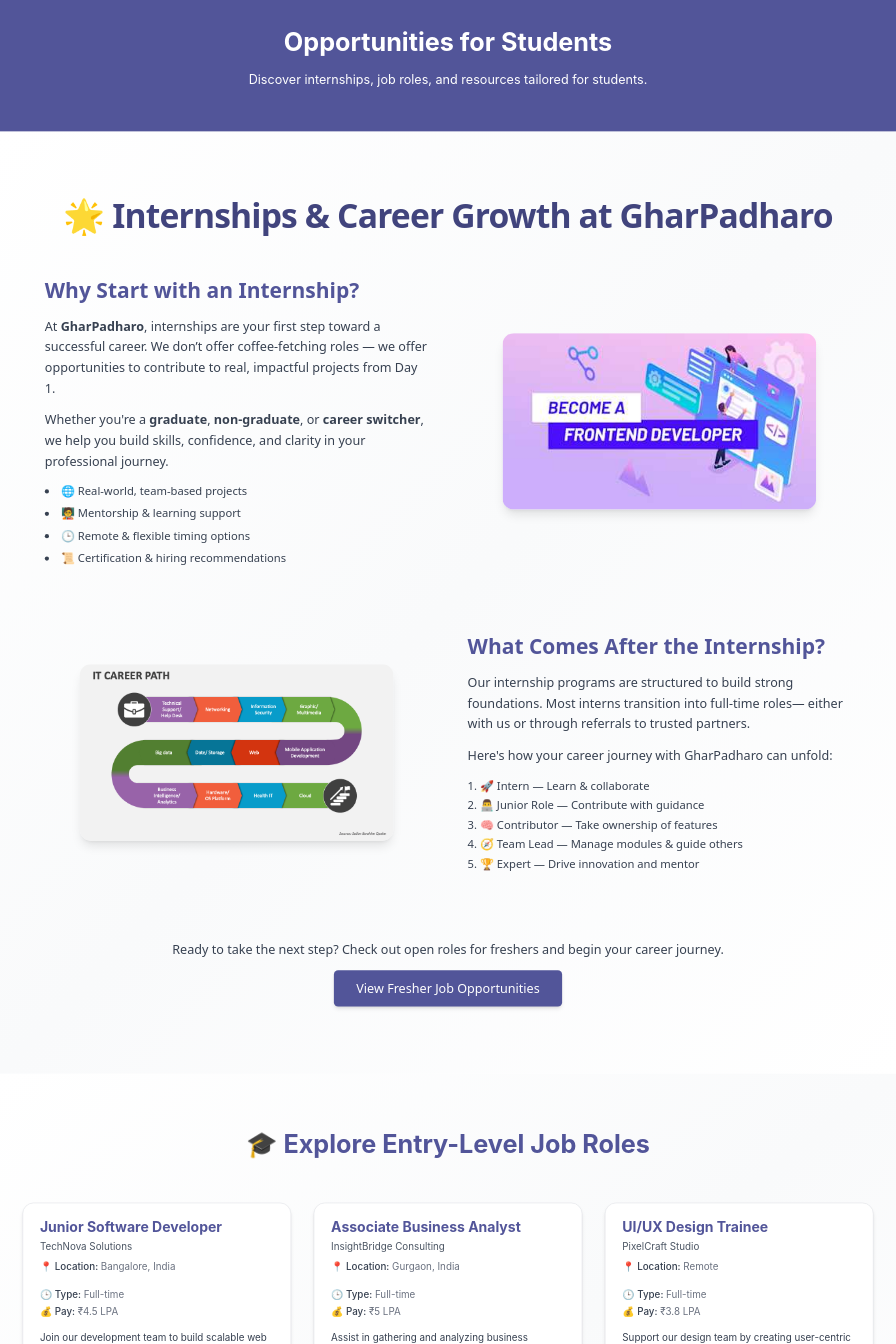
Repository: Siddharthkothiyal/GharPadhaaroCareerWebsite
Page: /#/students
These files come from the project's save history. The page is drawn as it stood at one moment and after the next save; the edit follows.
The browser window is 1280 px wide. The pictures show the part of the page from y = 0 to 1920 px (the page is 7099 px tall), at 70% of full size.
The project was rebuilt for these pictures with package versions that can differ from the ones it lists, and the page was loaded fresh each time. Also part of the build but not shown: src/components/CareerPortal/JobListing/JobListings.css, src/components/CareerPortal/JobListing/JobListings.js, src/components/CareerPortal/Header.css, src/components/CareerPortal/ResumeUpload.css, src/components/CareerPortal/ResumeUpload.js, src/components/CareerPortal/Header.js, src/components/CareerPortal/JobListing/JobSearch.css, src/components/CareerPortal/JobListing/JobSearch.js and 10 more.

Above is the page before, as saved 2025-06-22 10:49:49.

### public/index.html
<!DOCTYPE html>
<html lang="en">

<head>
  <meta charset="utf-8" />
  <link rel="icon" href="%PUBLIC_URL%/favicon.ico" />
  <meta name="viewport" content="width=device-width, initial-scale=1" />
  <meta name="theme-color" content="#000000" />
  <meta name="description" content="GharPadharo - Find your perfect stay" />

  <!-- Font Awesome CDN (latest) -->
  <link rel="stylesheet" href="https://cdnjs.cloudflare.com/ajax/libs/font-awesome/6.5.2/css/all.min.css"
    integrity="sha512-SnH5WK+bZxgPHs44uWIX+LLJAJ9/2PkPKZ5QiAj6Ta86w+fsb2TkcmfRyVX3pBnMFcV7oQPJkl9QevSCWr3W6A=="
    crossorigin="anonymous" referrerpolicy="no-referrer" />

  <link rel="apple-touch-icon" href="%PUBLIC_URL%/logo192.png" />
  <title>GharPadharo</title>
</head>

<body>
  <noscript>You need to enable JavaScript to run this app.</noscript>
  <div id="root"></div>
  <!--
      This HTML file is a template.
      If you open it directly in the browser, you will see an empty page.

      You can add webfonts, meta tags, or analytics to this file.
      The build step will place the bundled scripts into the <body> tag.

      To begin the development, run `npm start` or `yarn start`.
      To create a production bundle, use `npm run build` or `yarn build`.
    -->
</body>

</html>

### src/index.css
@tailwind base;
@tailwind components;
@tailwind utilities;

/* You can keep your custom CSS below if needed */

body {
  margin: 0;
  font-family: -apple-system, BlinkMacSystemFont, 'Segoe UI', 'Roboto', 'Oxygen',
    'Ubuntu', 'Cantarell', 'Fira Sans', 'Droid Sans', 'Helvetica Neue',
    sans-serif;
  -webkit-font-smoothing: antialiased;
  -moz-osx-font-smoothing: grayscale;
}

code {
  font-family: source-code-pro, Menlo, Monaco, Consolas, 'Courier New',
    monospace;
}

### src/App.js
import React from 'react';
// import { HashRouter as Router } from 'react-router-dom';

// import { BrowserRouter as Router, Routes, Route } from 'react-router-dom';
import { HashRouter as Router, Routes, Route } from 'react-router-dom';
import JobListings from './components/CareerPortal/JobListing/JobListings';

import './App.css';
import CareerPortal from './components/CareerPortal';
import Login from './components/Auth/Login';
import Signup from './components/Auth/Signup';
import LandingPage from './components/LandingPage/LandingPage';



import StudentsPage from './components/CareerPortal/StudentsPage/StudentsPage';

// import JobCategory from './components/CareerPortal/JobListing/JobCategory';
// import JobLocation from './components/CareerPortal/JobListing/JobLocation';



function App() {
  return (
    <Router>
      <div className="App">


        <Routes>
          <Route path="/" element={<LandingPage />} />
          <Route path="/careers" element={<CareerPortal />} />
          <Route path="/login" element={<Login />} />
          <Route path="/signup" element={<Signup />} />

          {/* <Route path="/jobs/:category" element={<JobCategory />} />
          <Route path="/jobs/location/:location" element={<JobLocation />} /> */}
          <Route path="/students" element={<StudentsPage />} />
          <Route path="/job-listings" element={<JobListings />} />




        </Routes>
      </div>
    </Router>
  );
}

export default App;

### src/components/CareerPortal/CareerPortal.css
/* GharPadharo Career Portal Styles */
:root {
  --gharpadhaaro-blue: #0866ff;
  --gharpadhaaro-blue-dark: #0756d6;
  --gharpadhaaro-gray: #f0f2f5;
  --gharpadhaaro-text: #1c1e21;
  --gharpadhaaro-text-secondary: #65676b;
  --gharpadhaaro-white: #ffffff;
  --gharpadhaaro-border: #dadde1;
  --gharpadhaaro-success: #42b72a;
  --gharpadhaaro-error: #fa383e;
  --gharpadhaaro-shadow: rgba(0, 0, 0, 0.1);
  --gharpadhaaro-radius: 8px;
  --gharpadhaaro-transition: all 0.2s ease;
}

/* Global Styles */
.career-portal {
  font-family: 'Optimistic Display', -apple-system, BlinkMacSystemFont, 'Segoe UI', Roboto, Oxygen, Ubuntu, Cantarell, 'Open Sans', 'Helvetica Neue', sans-serif;
  color: var(--gharpadhaaro-text);
  line-height: 1.5;
  background-color: var(--gharpadhaaro-white);
}

.container {
  max-width: 1200px;
  margin: 0 auto;
  padding: 0 24px;
}

/* Hero Section */
.hero-section {
  background: linear-gradient(135deg, #0866ff 0%, #535699 100%);
  color: var(--meta-white);
  padding: 100px 0;
  text-align: center;
}

.hero-content {
  max-width: 800px;
  margin: 0 auto;
  padding: 0 24px;
}

.hero-content h1 {
  font-size: 48px;
  font-weight: 700;
  margin-bottom: 24px;
  line-height: 1.2;
}

.hero-content p {
  color: black;
  font-size: 20px;
  margin-bottom: 40px;
  margin-left: 70px;

}

/* Job Search Section */
.job-search-section {
  padding: 60px 0;
  background-color: var(--meta-white);
}

.filters-and-results {
  display: grid;
  grid-template-columns: 300px 1fr;
  gap: 30px;
}

/* Featured Teams Section */
.featured-teams-section {
  padding: 80px 0;
  background-color: var(--meta-gray);
}

.featured-teams-section h2 {
  font-size: 36px;
  font-weight: 700;
  margin-bottom: 16px;
  text-align: center;
}

.featured-teams-section p {
  font-size: 18px;
  color: var(--meta-text-secondary);
  max-width: 700px;
  margin: 0 auto 40px;
  text-align: center;
}

/* Buttons */
.btn {
  display: inline-flex;
  align-items: center;
  justify-content: center;
  padding: 12px 24px;
  border-radius: 0px;
  font-weight: 600;
  font-size: 16px;
  cursor: pointer;
  transition: var(--meta-transition);
  border: none;
}

.btn-primary {
  background-color: var(--meta-blue);
  color: var(--meta-white);
}

.btn-primary:hover {
  background-color: var(--meta-blue-dark);
}

.btn-secondary {
  background-color: var(--meta-gray);
  color: var(--meta-text);
  margin-left: 50px;
}

.btn-secondary:hover {
  background-color: #e4e6eb;
}

/* Form Elements */
.input-group {
  position: relative;
  margin-bottom: 16px;
}

.input-field {
  width: 100%;
  padding: 14px 16px;
  border-radius: var(--meta-radius);
  border: 1px solid var(--meta-border);
  font-size: 16px;
  transition: var(--meta-transition);
}

.input-field:focus {
  border-color: var(--meta-blue);
  outline: none;
  box-shadow: 0 0 0 2px rgba(8, 102, 255, 0.2);
}

/* Responsive */
@media (max-width: 992px) {
  .filters-and-results {
    grid-template-columns: 1fr;
  }

  .hero-content h1 {
    font-size: 36px;
  }

  .hero-content p {
    font-size: 18px;
  }
}

@media (max-width: 576px) {
  .hero-content h1 {
    font-size: 28px;
  }

  .hero-content p {
    font-size: 16px;
  }

  .featured-teams-section h2 {
    font-size: 28px;
  }
}

/* Add these styles to your existing CareerPortal.css file */

.application-form-section {
  padding: 40px 0;
  background-color: #f5f5f5;
}

.close-form-btn {
  background: none;
  border: none;
  font-size: 24px;
  cursor: pointer;
  margin-bottom: 20px;
  display: flex;
  align-items: center;
  color: #333;
}

.close-form-btn:hover {
  color: #535699;
}

### src/components/Auth/Auth.css
/* Auth.css - Styles for Login and Signup components */

:root {
  --primary-color: #535699; /* GharPadharo blue */
  --secondary-color: #42B72A; /* GharPadharo green */
  --text-color: #1C1E21;
  --light-text: #606770;
  --error-color: #FA383E;
  --border-color: #DADDE1;
  --background-color: #F0F2F5;
  --card-background: #FFFFFF;
  --hover-color: #E7F3FF;
  --focus-shadow: 0 0 0 2px rgba(83, 86, 153, 0.2);
}

/* Auth Container */
.auth-container {
  display: flex;
  justify-content: center;
  align-items: center;
  min-height: 100vh;
  background-color: var(--background-color);
  padding: 20px;
}

/* Auth Card */
.auth-card {
  background-color: var(--card-background);
  border-radius: 8px;
  box-shadow: 0 2px 4px rgba(0, 0, 0, 0.1), 0 8px 16px rgba(0, 0, 0, 0.1);
  width: 100%;
  max-width: 400px;
  padding: 20px;
}

/* Auth Header */
.auth-header {
  text-align: center;
  margin-bottom: 20px;
}

.auth-logo {
  width: 40px;
  height: 40px;
  margin-bottom: 10px;
}

.auth-header h2 {
  font-size: 24px;
  font-weight: 600;
  color: var(--text-color);
  margin: 0;
}

.gharpadharo-logo{
  width: 60px;
  height: 60px;
}

/* Auth Form */
.auth-form {
  display: flex;
  flex-direction: column;
  gap: 16px;
}

.form-group {
  display: flex;
  flex-direction: column;
}

.form-group label {
  font-size: 14px;
  font-weight: 500;
  margin-bottom: 6px;
  color: var(--text-color);
}

.form-group input {
  padding: 12px 14px;
  border: 1px solid var(--border-color);
  border-radius: 6px;
  font-size: 16px;
  transition: border-color 0.2s, box-shadow 0.2s;
}

.form-group input:focus {
  outline: none;
  border-color: #535699;
  box-shadow: var(--focus-shadow);
}

.form-group input.error {
  border-color: var(--error-color);
}

.error-message {
  color: var(--error-color);
  font-size: 12px;
  margin-top: 4px;
}

/* Terms and Privacy */
.terms-privacy {
  font-size: 12px;
  color: 535699;
  margin-bottom: 10px;
  text-align: center;
}

.terms-privacy a {
  color: 535699;
  text-decoration: none;
}

.terms-privacy a:hover {
  text-decoration: underline;
}

/* Auth Button */
.auth-button {
  background-color: #535699;
  color: white;
  border: none;
  border-radius: 6px;
  padding: 12px;
  font-size: 16px;
  font-weight: 600;
  cursor: pointer;
  transition: background-color 0.2s;
  margin-top: 10px;
}

.auth-button:hover {
  background-color: #535699;
}

/* Auth Footer */
.auth-footer {
  margin-top: 20px;
  text-align: center;
}

.forgot-password {
  color: #535699;
  text-decoration: none;
  font-size: 14px;
  display: block;
  margin-bottom: 16px;
}

.forgot-password:hover {
  text-decoration: underline;
}

.auth-redirect {
  font-size: 14px;
  color: var(--light-text);
  margin: 0;
}

.auth-redirect a {
  color: #535699;
  text-decoration: none;
  font-weight: 500;
}

.auth-redirect a:hover {
  text-decoration: underline;
}

/* Responsive adjustments */
@media (max-width: 480px) {
  .auth-card {
    padding: 16px;
  }

  .auth-header h2 {
    font-size: 20px;
  }

  .form-group input {
    padding: 10px 12px;
    font-size: 14px;
  }

  .auth-button {
    padding: 10px;
    font-size: 14px;
  }
}

### src/components/LandingPage/LandingPage.css
/* LandingPage.css - Styles for the landing page */

:root {
  --primary-color: #535699; /* GharPadharo blue */
  --secondary-color: #42B72A; /* GharPadharo green */
  --text-color: #1C1E21;
  --light-text: #606770;
  --border-color: #DADDE1;
  --background-color: #F0F2F5;
  --card-background: #FFFFFF;
  --hover-color: #c8e4ff;
  --focus-shadow: 0 0 0 2px rgba(24, 119, 242, 0.2);
  --border-color: #blue;
  --background-color: #535699;
  --card-background: white;
  --hover-color: #E7F3FF;
  --focus-shadow: 0 0 0 2px rgba(83, 86, 153, 0.2);
}
/* General Styles */
.landing-page {
  font-family: 'Segoe UI', 'Helvetica Neue', sans-serif;
  color: var(--text-color);
  line-height: 1.5;
}

.container {
  max-width: 1200px;
  margin: 0 auto;
  padding: 0 20px;
}

section {
  padding: 60px 0;
}

h1, h2, h3, h4 {
  margin-top: 0;
  font-weight: 600;
}

h1 {
  font-size: 3rem;
  line-height: 1.2;
  margin-bottom: 20px;
}

h2 {
  font-size: 2.25rem;
  margin-bottom: 30px;
  text-align: center;
}

h3 {
  font-size: 1.5rem;
  margin-bottom: 15px;
}

p {
  margin-bottom: 20px;
}

.btn {
  display: inline-block;
  padding: 12px 24px;
  border-radius: 6px;
  font-weight: 600;
  text-decoration: none;
  text-align: center;
  cursor: pointer;
  transition: all 0.2s ease;
  margin-right: 12px;
  margin-bottom: 12px;
}

.btn-primary {
  background-color:  #0CAFFF;
  color: white;
  border: none;
}

.btn-primary:hover {
  background-color: whitesmoke;
  color: black;
}

.btn-secondary {
  background-color: var(--secondary-color);
  color: white;
  border: none;
}

.btn-secondary:hover {
  background-color: whitesmoke;
  color: black;
}

.btn-outline {
  background-color: white;
  color: black;
  border: white;
}

.btn-outline:hover {
  background-color: #0CAFFF;
  color: black;
}

/* Hero Section */
.hero {
  background-color: var(--background-color);
  padding: 80px 0;
}

.hero .container {
  display: flex;
  align-items: center;
  justify-content: space-between;
  gap: 40px;
}

.hero-content {
  flex: 1;
}

.hero-content p {
  font-size: 1.25rem;
  color: 535699;
  margin-bottom: 30px;
  max-width: 900px;
  margin-left: 8.5px;
}

.hero-buttons {
  display: flex;
  flex-wrap: wrap;
}

.hero-image {
  flex: 1;
  display: flex;
  justify-content: center;
  align-items: center;
}

.image-placeholder {
  background-color: 535699;
  border-radius: 12px;
  padding: 20px;
  display: flex;
  justify-content: center;
  align-items: center;
}


/* Features Section */
.features {
  background-color: white;
}

.features-grid {
  display: grid;
  grid-template-columns: repeat(auto-fit, minmax(250px, 1fr));
  gap: 30px;
  margin-top: 40px;
}

.feature-card {
  background-color: var(--card-background);
  border-radius: 12px;
  padding: 30px;
  box-shadow: 0 2px 4px rgba(0, 0, 0, 0.05);
  transition: transform 0.3s ease, box-shadow 0.3s ease;
}

.feature-card:hover {
  transform: scale(1.05);
  box-shadow: 0 10px 20px rgba(0, 0, 0, 0.1);
}

.feature-icon {
  margin-bottom: 20px;
}

.feature-card h3 {
  color: var(--text-color);
}

.feature-card p {
  color: var(--light-text);
  margin-bottom: 0;
}

/* Teams Section */
.teams-section {
  background-color: var(--background-color);
}

.section-description {
  text-align: center;
  max-width: 700px;
  margin: 0 auto 40px;
  color:white;
  font-size: 1.1rem;
}

.teams-carousel {
  display: grid;
  grid-template-columns: repeat(auto-fit, minmax(250px, 1fr));
  gap: 20px;
  margin-top: 30px;
}

.team-item {
  background-color: white;
  border-radius: 8px;
  padding: 25px;
  box-shadow: 0 2px 4px rgba(0, 0, 0, 0.05);
  transition: transform 0.3s ease;
}

.team-item:hover {
  transform: translateY(-5px);
}

.team-item h3 {
  color: var(--primary-color);
  margin-bottom: 10px;
}

.team-item p {
  color: var(--light-text);
  margin-bottom: 15px;
}

.team-link {
  color: var(--primary-color);
  text-decoration: none;
  font-weight: 600;
  display: inline-flex;
  align-items: center;
}

.team-link span {
  margin-left: 5px;
  transition: transform 0.2s ease;
}

.team-link:hover span {
  transform: translateX(3px);
}

/* Testimonials Section */
.testimonials {
  background-color: white;
}

.testimonial-card {
  max-width: 800px;
  margin: 0 auto;
  background-color: var(--card-background);
  border-radius: 12px;
  padding: 40px;
  box-shadow: 0 4px 12px rgba(0, 0, 0, 0.08);
  position: relative;
}

.quote-mark {
  font-size: 60px;
  color: var(--primary-color);
  opacity: 0.2;
  position: absolute;
  top: 20px;
  left: 20px;
  line-height: 1;
}

.testimonial-text {
  font-size: 1.25rem;
  line-height: 1.6;
  margin-bottom: 30px;
  position: relative;
  z-index: 1;
}

.testimonial-author {
  display: flex;
  align-items: center;
}

.author-avatar {
  width: 50px;
  height: 50px;
  border-radius: 50%;
  background-color: var(--primary-color);
  margin-right: 15px;
}

.author-info h4 {
  margin: 0;
  font-size: 1.1rem;
}

.author-info p {
  margin: 5px 0 0;
  color: var(--light-text);
  font-size: 0.9rem;
}

/* CTA Section */
.cta-section {
  background-color: var(--primary-color);
  color: white;
  text-align: center;
  padding: 80px 0;
}

.cta-section h2 {
  color: white;
  margin-bottom: 15px;
}

.cta-section p {
  color: rgba(255, 255, 255, 0.9);
  font-size: 1.2rem;
  margin-bottom: 30px;
  max-width: 700px;
  margin-left: auto;
  margin-right: auto;
}

.cta-buttons {
  display: flex;
  justify-content: center;
  flex-wrap: wrap;
  gap: 15px;
}

.cta-section .btn-primary {
  background-color: #42B72A;
  color:black;
}

.cta-section .btn-primary:hover {
  background-color: #f5f5f5;
}

.cta-section .btn-secondary {
  background-color: transparent;
  color: white;
  border: 1px solid white;
}

.cta-section .btn-secondary:hover {
  background-color: rgba(255, 255, 255, 0.1);
}

/* Responsive Styles */
@media (max-width: 992px) {
  h1 {
    font-size: 2.5rem;
  }

  h2 {
    font-size: 2rem;
  }

  .hero .container {
    flex-direction: column;
  }

  .hero-content, .hero-image {
    flex: none;
    width: 100%;
    text-align: center;
  }

  .hero-content p {
    margin-left: auto;
    margin-right: auto;
  }

  .hero-buttons {
    justify-content: center;
  }
}

@media (max-width: 768px) {
  section {
    padding: 40px 0;
  }

  h1 {
    font-size: 2rem;
  }

  h2 {
    font-size: 1.75rem;
  }

  .features-grid, .teams-carousel {
    grid-template-columns: 1fr;
  }

  .testimonial-card {
    padding: 30px 20px;
  }

  .testimonial-text {
    font-size: 1.1rem;
  }
}

### src/components/CareerPortal/StudentsPage/sections/Internships.js
import React from 'react';

const Internships = () => {
  const handleScrollToJobs = () => {
    const section = document.getElementById('fresher-jobs');
    if (section) {
      section.scrollIntoView({ behavior: 'smooth' });
    }
  };

  return (
    <section
      id="internships"
      className="py-24 px-6 sm:px-10 lg:px-16 bg-gradient-to-br from-white via-gray-50 to-white font-sans"
    >
      <div className="max-w-7xl mx-auto">
        {/* Header */}
        <h2 className="text-4xl sm:text-5xl font-extrabold text-center text-[#41447d] mb-16 tracking-tight">
          🌟 Internships & Career Growth at GharPadharo
        </h2>

        {/* Row 1 */}
        <div className="flex flex-col lg:flex-row items-center gap-14 mb-24">
          <div className="lg:w-1/2 text-left">
            <h3 className="text-2xl sm:text-3xl font-semibold text-[#525599] mb-5">
              Why Start with an Internship?
            </h3>
            <p className="text-gray-700 text-lg leading-relaxed mb-4">
              At <strong>GharPadharo</strong>, internships are your first step toward a successful career. We don’t offer coffee-fetching roles —
              we offer opportunities to contribute to real, impactful projects from Day 1.
            </p>
            <p className="text-gray-700 text-lg leading-relaxed mb-4">
              Whether you're a <strong>graduate</strong>, <strong>non-graduate</strong>, or <strong>career switcher</strong>, we help you build skills, confidence,
              and clarity in your professional journey.
            </p>
            <ul className="text-gray-700 text-base space-y-2 list-disc list-inside">
              <li>🌐 Real-world, team-based projects</li>
              <li>🧑‍🏫 Mentorship & learning support</li>
              <li>🕒 Remote & flexible timing options</li>
              <li>📜 Certification & hiring recommendations</li>
            </ul>
          </div>

          <div className="lg:w-1/2">
            <img
              src="/career_path1.jpg"
              alt="Career Path 1"
              className="rounded-2xl shadow-lg w-full max-w-md mx-auto"
            />
          </div>
        </div>

        {/* Row 2 */}
        <div className="flex flex-col lg:flex-row-reverse items-center gap-14 mb-24">
          <div className="lg:w-1/2 text-left">
            <h3 className="text-2xl sm:text-3xl font-semibold text-[#525599] mb-5">
              What Comes After the Internship?
            </h3>
            <p className="text-gray-700 text-lg leading-relaxed mb-4">
              Our internship programs are structured to build strong foundations. Most interns transition into full-time roles—
              either with us or through referrals to trusted partners.
            </p>
            <p className="text-gray-700 text-lg leading-relaxed mb-4">
              Here's how your career journey with GharPadharo can unfold:
            </p>
            <ol className="text-gray-700 text-base list-decimal list-inside space-y-1">
              <li>🚀 Intern — Learn & collaborate</li>
              <li>👨‍💻 Junior Role — Contribute with guidance</li>
              <li>🧠 Contributor — Take ownership of features</li>
              <li>🧭 Team Lead — Manage modules & guide others</li>
              <li>🏆 Expert — Drive innovation and mentor</li>
            </ol>
          </div>

          <div className="lg:w-1/2">
            <img
              src="/career_path2.png"
              alt="Career Path 2"
              className="rounded-2xl shadow-lg w-full max-w-md mx-auto"
            />
          </div>
        </div>

        {/* CTA */}
        <div className="text-center mt-12">
          <p className="text-gray-700 text-lg mb-4">
            Ready to take the next step? Check out open roles for freshers and begin your career journey.
          </p>
          <button
            onClick={handleScrollToJobs}
            className="inline-block px-8 py-3 bg-[#525599] text-white font-medium text-lg rounded-md hover:bg-[#41447d] transition-all shadow-md"
          >
            View Fresher Job Opportunities
          </button>
        </div>
      </div>
    </section>
  );
};

export default Internships;

Loaded but not shown: src/index.js (common file); src/reportWebVitals.js (common file); src/App.css (common file); tailwind.config.js (common file); src/components/CareerPortal/StudentsPage/sections/Scholarships.js (91 lines, source omitted); src/components/CareerPortal/StudentsPage/sections/FreshersJob.js (115 lines, source omitted); src/components/CareerPortal/StudentsPage/sections/Resources.js (81 lines, source omitted); src/components/CareerPortal/StudentsPage/sections/FAQs.js (89 lines, source omitted); src/components/CareerPortal/StudentsPage/sections/Mentorship.js (79 lines, source omitted); src/components/CareerPortal/StudentsPage/sections/Webinars.js (69 lines, source omitted); src/components/CareerPortal/StudentsPage/sections/Hackathons.js (63 lines, source omitted); src/components/CareerPortal/StudentsPage/sections/EarlyCareers.js (77 lines, source omitted); src/components/CareerPortal/StudentsPage/StudentsPage.js (70 lines, source omitted)

After the next save:
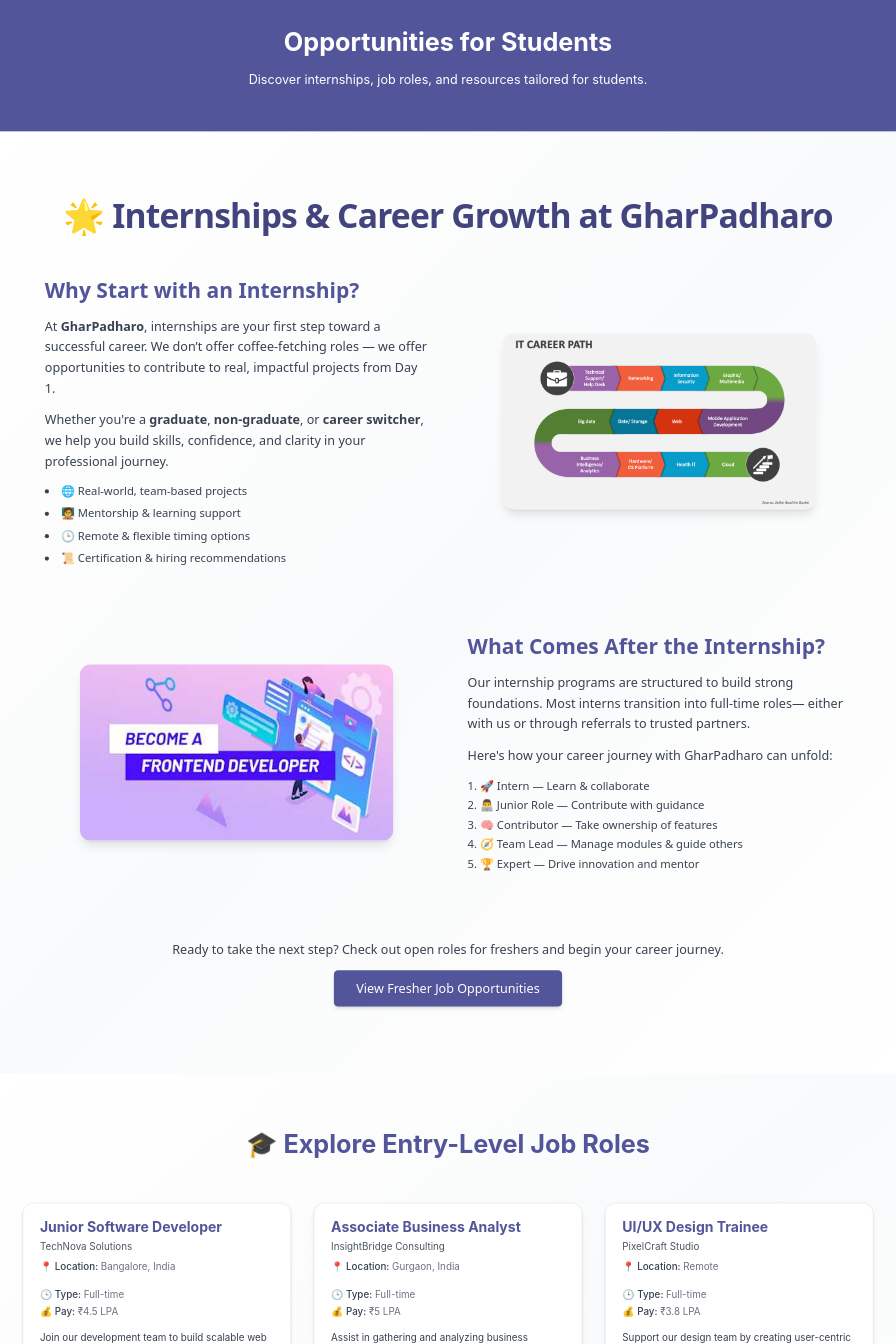
Saved 34 s later.
--- a/src/components/CareerPortal/StudentsPage/sections/Internships.js
+++ b/src/components/CareerPortal/StudentsPage/sections/Internships.js
@@ -42,11 +42,12 @@
           </div>
 
           <div className="lg:w-1/2">
-            <img
-              src="/career_path1.jpg"
-              alt="Career Path 1"
+          <img
+              src="/career_path2.png"
+              alt="Career Path 2"
               className="rounded-2xl shadow-lg w-full max-w-md mx-auto"
             />
+
           </div>
         </div>
 
@@ -74,8 +75,8 @@
 
           <div className="lg:w-1/2">
             <img
-              src="/career_path2.png"
-              alt="Career Path 2"
+              src="/career_path1.jpg"
+              alt="Career Path 1"
               className="rounded-2xl shadow-lg w-full max-w-md mx-auto"
             />
           </div>
